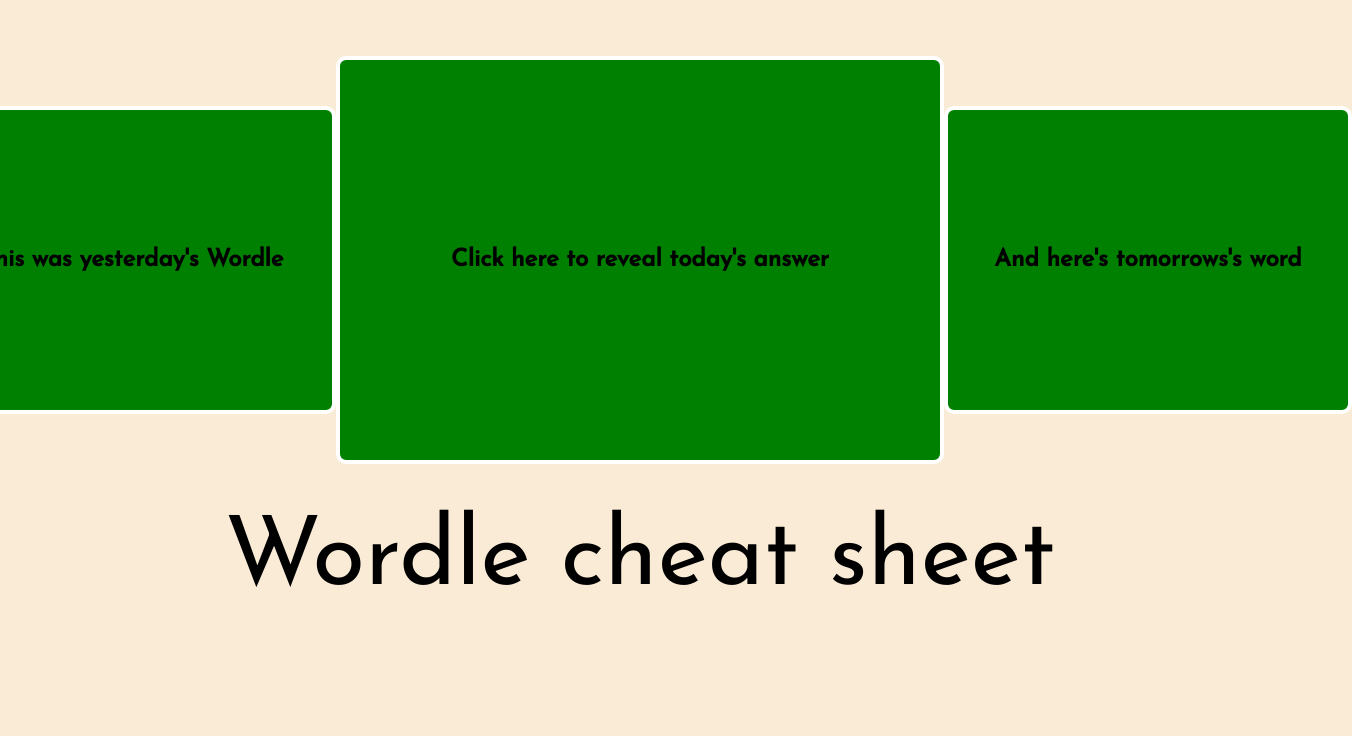
Repository: enoripl/tomorrows-wordle
Page: index.html
An editor plug-in stored every save of this project. The page is shown before and after the next save, followed by the edit.
The browser window is 1280 px wide. The page is 1352 px wide, so the pictures cover 1352 px, including what lies to the right of the window. The pictures show the whole page.

Above is the page before, as saved 2022-02-09 16:59:15.

After the next save:
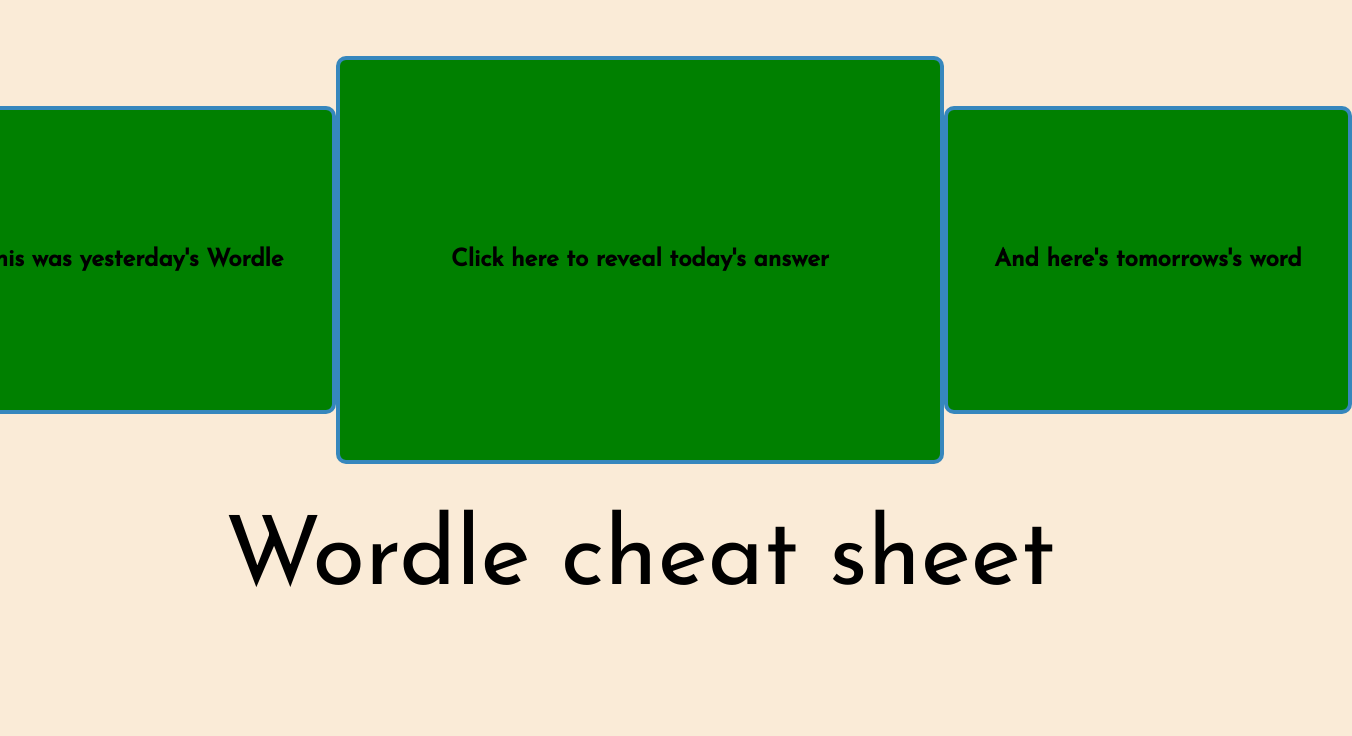
Saved 11 s later.
--- a/styles.css
+++ b/styles.css
@@ -28,7 +28,7 @@
     font-size: 1.5rem;
     font-weight: 600;
     border-radius: 10px;
-    border: 4px solid white;
+    border: 4px solid rgb(54, 135, 189);
 }
 
 
